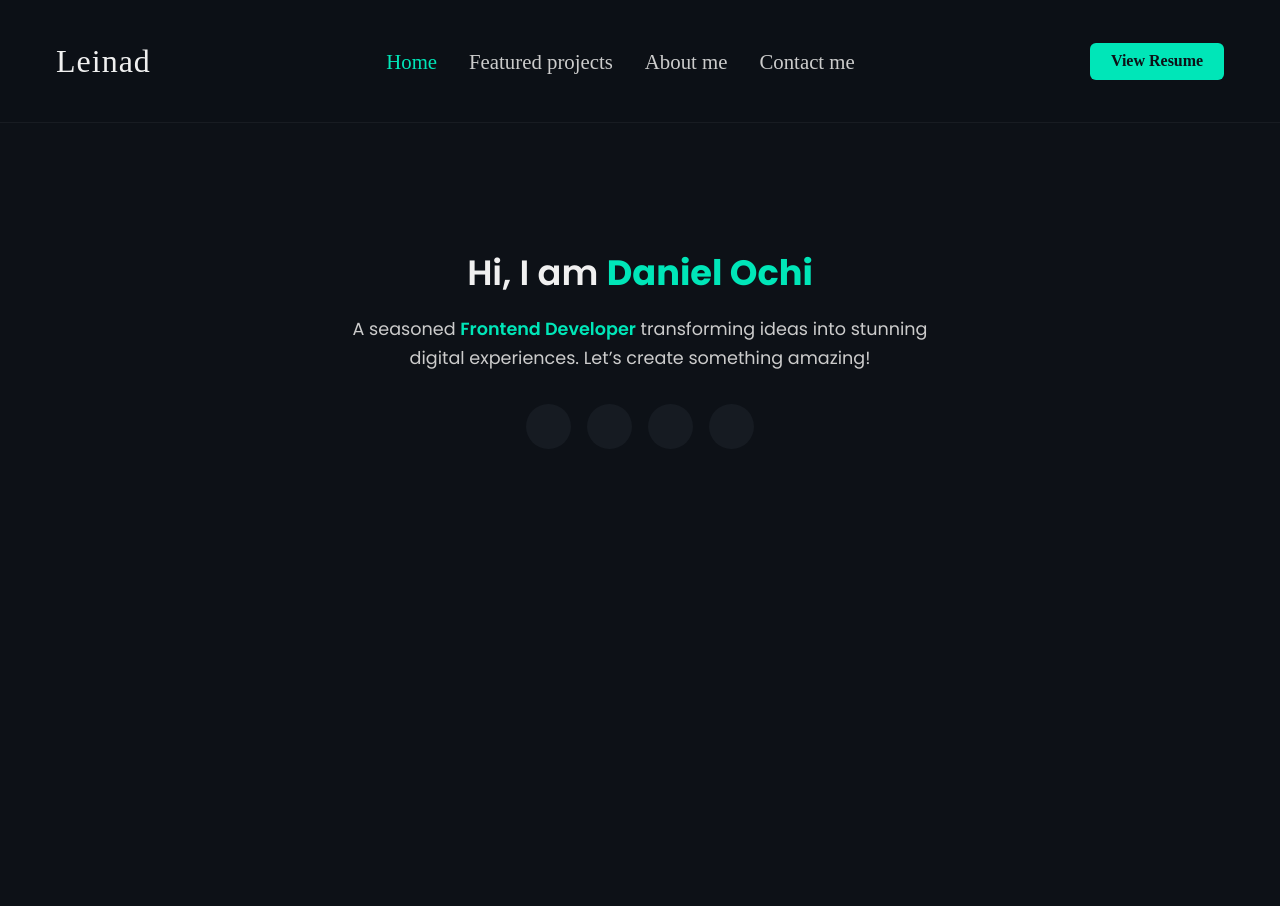
Repository: Austinokezie/Myportfolio
Page: index.html
The author's editor kept a copy of each file at every save. The page is drawn from the files as they stood at one save, then again after the next save.
The browser window is 1280 px wide. The pictures show the whole page.
Some web fonts or font styles are not loaded; a fallback is used.

Above is the page before, as saved 2025-10-14 13:19:34.

After the next save:
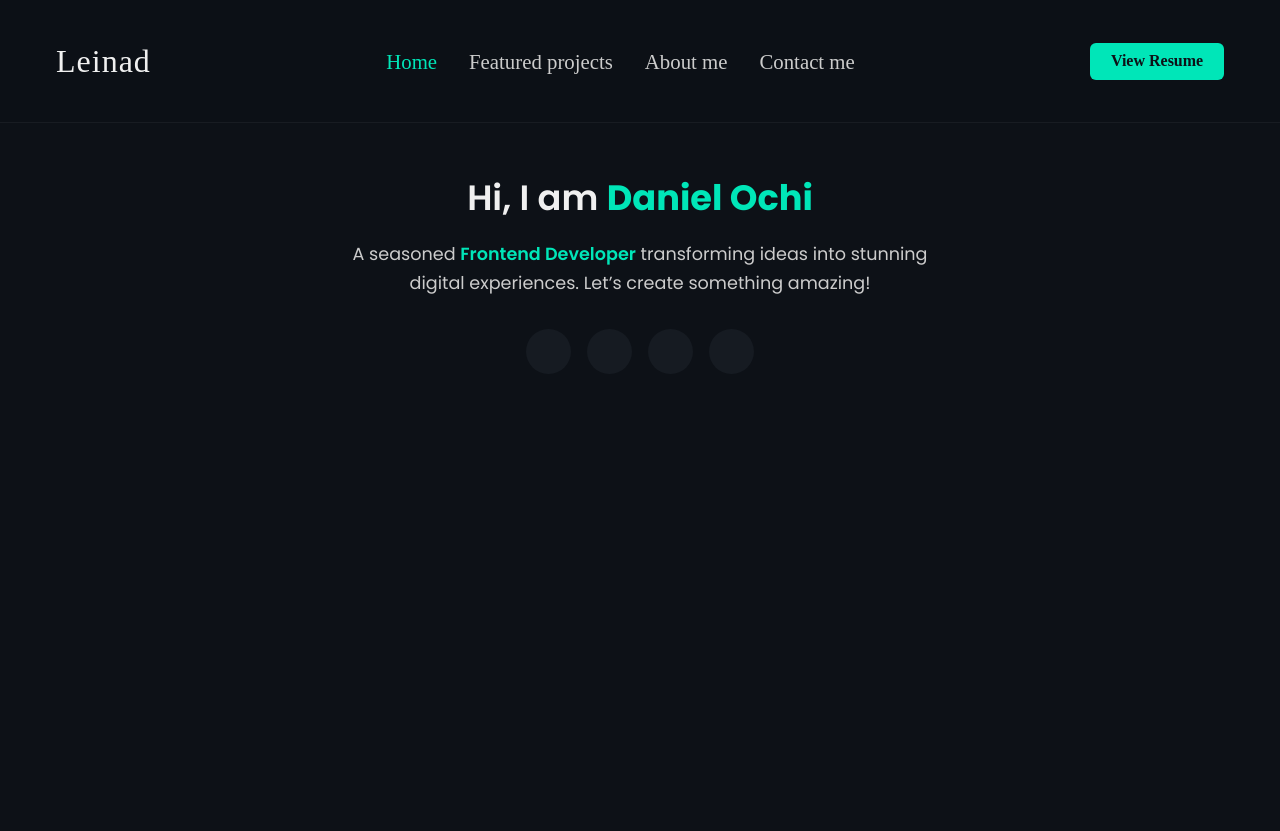
Saved 14 s later.
--- a/style.css
+++ b/style.css
@@ -114,7 +114,7 @@ header {
 .intro {
   text-align: center;
   padding: 2rem;
-  margin-top: 400px;
+  margin-top: 250px;
 }
 
 .intro h1 {
